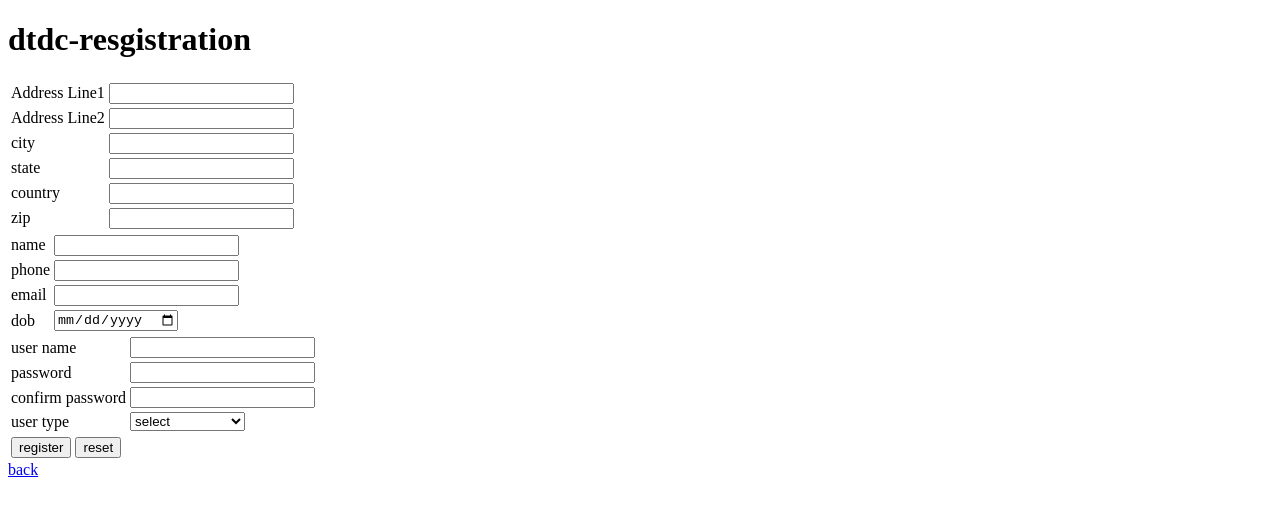
Repository: techkis4u/Kishor17
Page: http://localhost/cp_debit/WEB-INF/jsp/dtdc-registration.jsp
An editor plug-in stored every save of this project. The page is shown before and after the next save, followed by the edit.
The browser window is 1280 px wide. The pictures show the whole page.
The page is served by Tomcat 9. Nobody is signed in. The template is opened directly, without the code that normally fills it, so the values that code supplies are empty.

Above is the page before, as saved 2019-11-29 19:36:16.

After the next save:
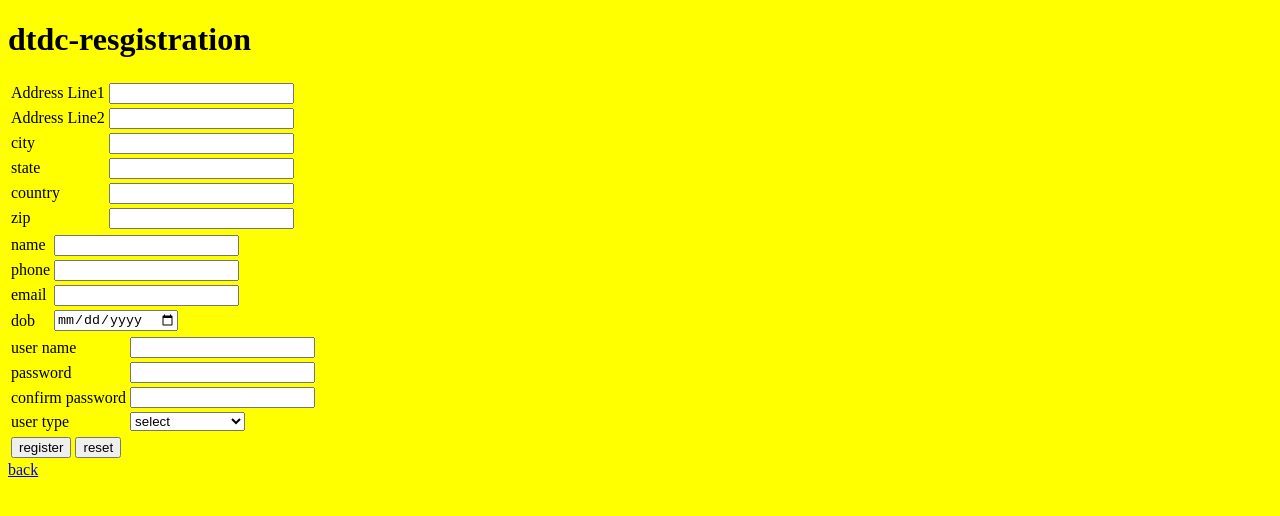
Saved 32 s later.
--- a/Project/cp_debit/src/main/WebApp/WEB-INF/jsp/dtdc-registration.jsp
+++ b/Project/cp_debit/src/main/WebApp/WEB-INF/jsp/dtdc-registration.jsp
@@ -8,7 +8,7 @@
 <meta charset="ISO-8859-1">
 <title>dtdc-resgistration</title>
 </head>
-<body style="background: yello">
+<body style="background: yellow">
 	<h1>dtdc-resgistration</h1>
 	<form:form modelAttribute="dtdcRegistration">
 		<div id="error-div">
